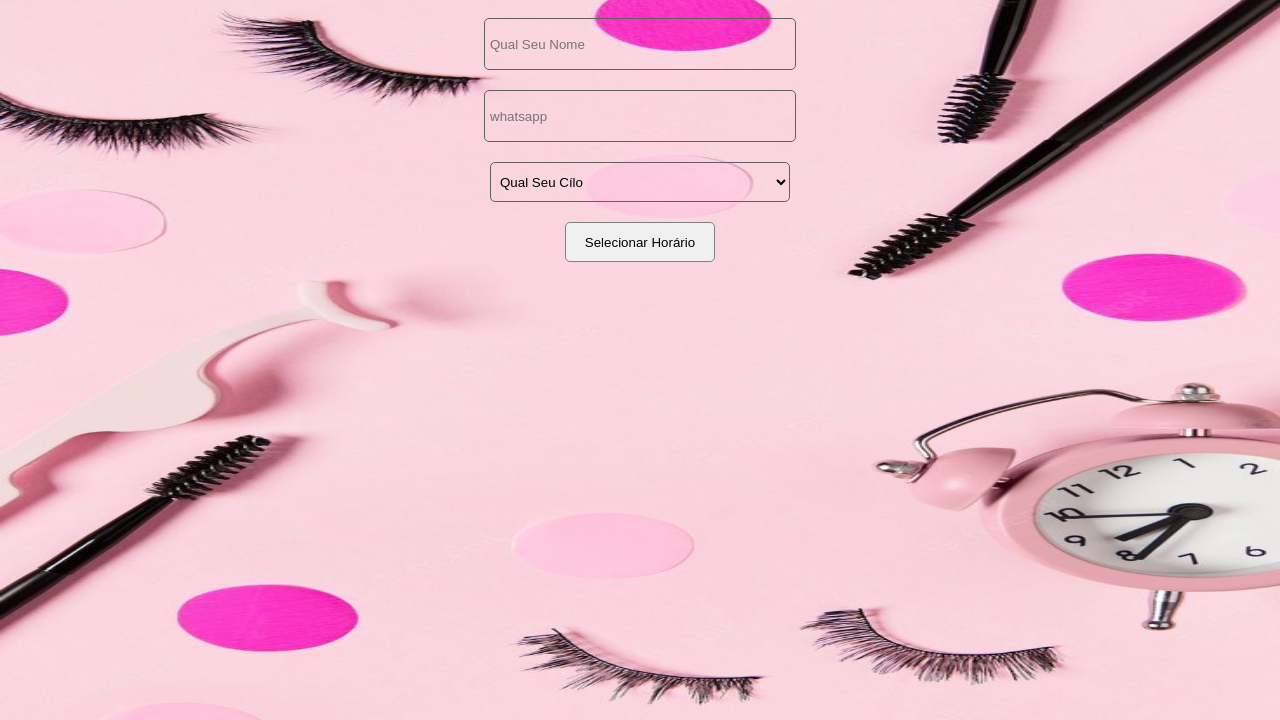
Repository: ketlyn-lash-designer/Ketlyn_Lash_Designer
Page: src/Pages/Home.html
The author's editor kept a copy of each file at every save. The page is drawn from the files as they stood at one save, then again after the next save.
The browser window is 1280 px wide. The pictures show the whole page.
The pointer rests on the first visible `button`.

Above is the page before, as saved 2024-03-27 22:16:29.

After the next save:
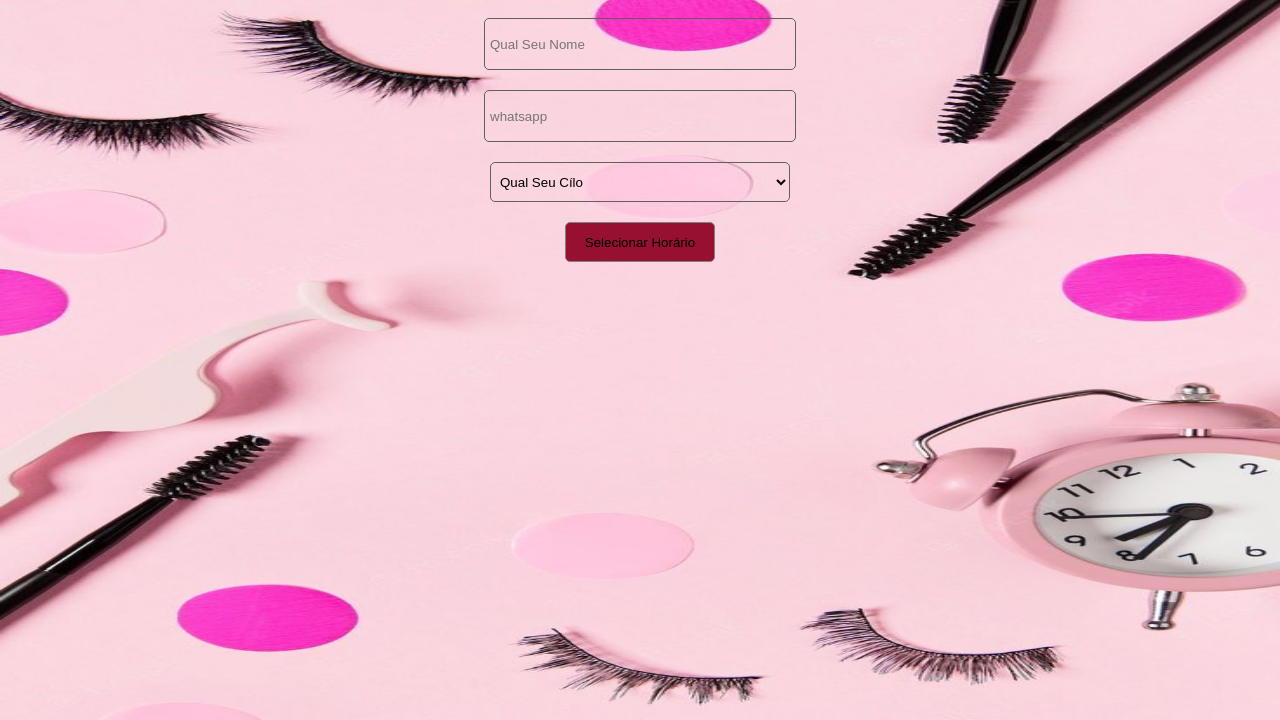
Saved 37 s later.
--- a/src/Styles/Home.css
+++ b/src/Styles/Home.css
@@ -35,5 +35,5 @@ button {
 }
 
 button:hover {
-  background-color: #f0f0f0;
+  background-color: #971032;
 }
